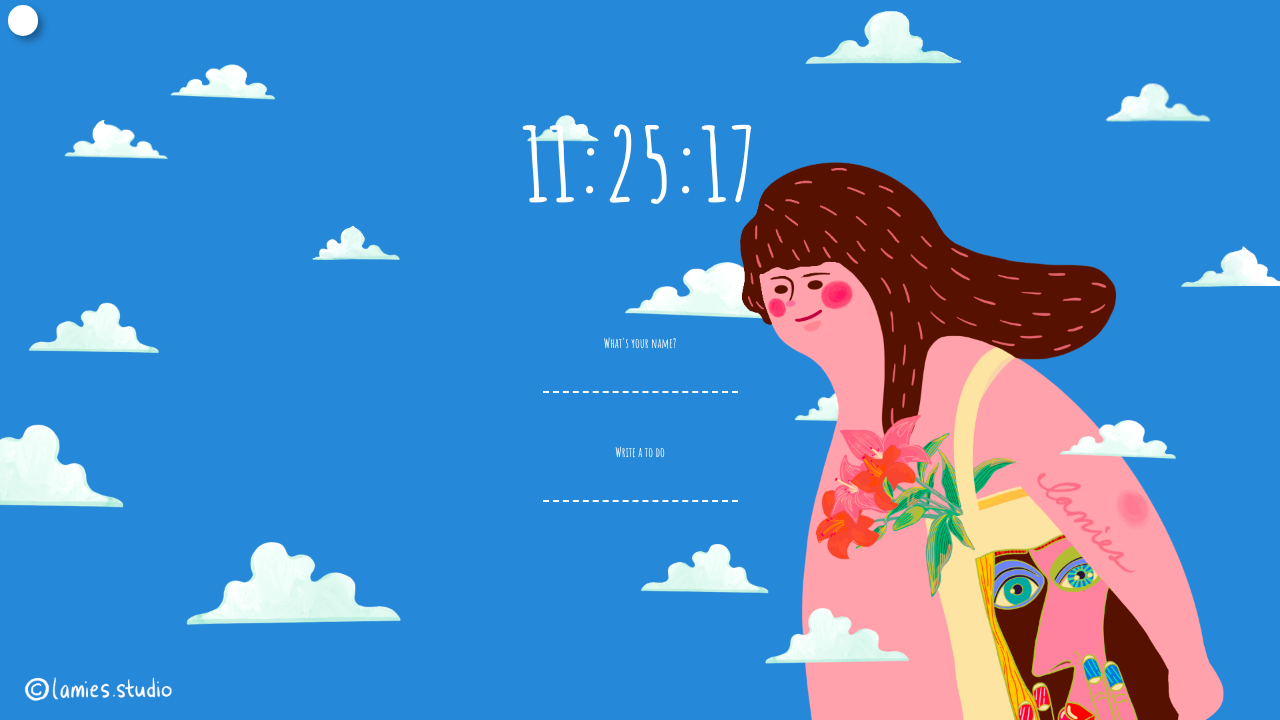
Repository: haleyjung/chrome_app
Page: index.html
These files come from the project's save history. The page is drawn as it stood at one moment and after the next save; the edit follows.
The browser window is 1280 px wide. The pictures show the whole page.

Above is the page before, as saved 2020-11-23 17:03:59.

After the next save:
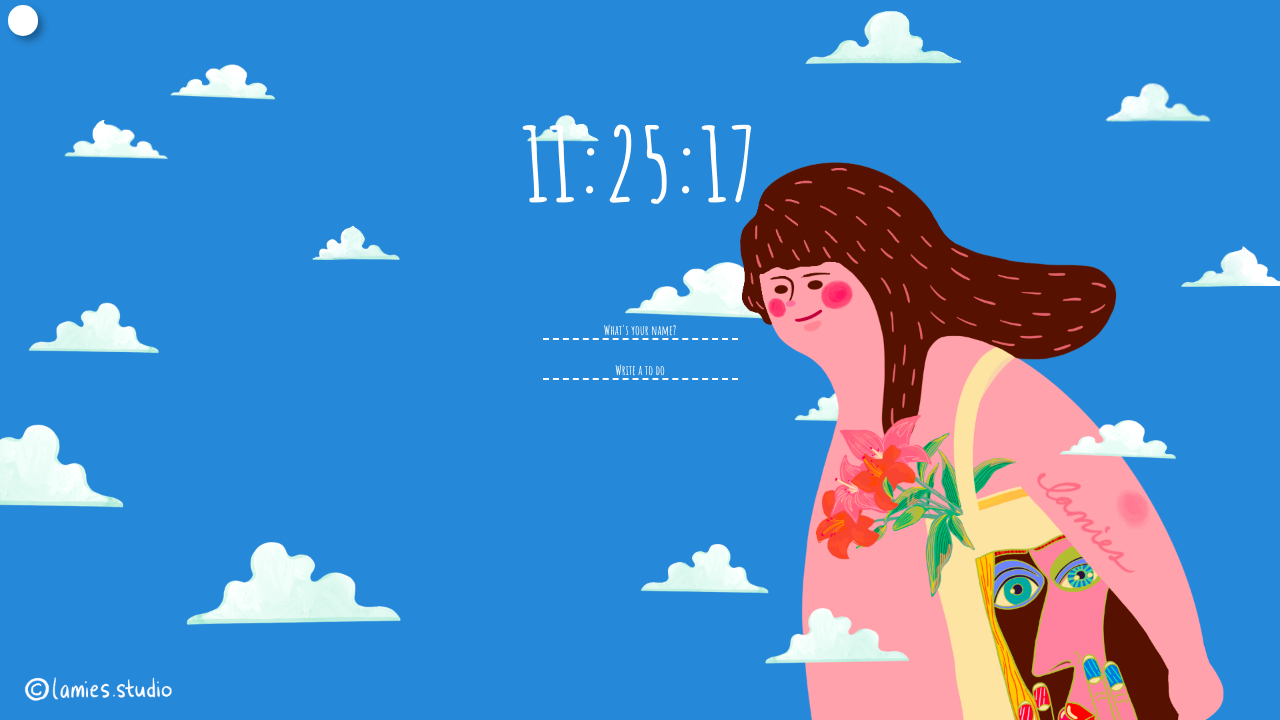
Saved 6 s later.
--- a/index.css
+++ b/index.css
@@ -67,7 +67,7 @@ input::placeholder {
 }
 
 input[type="text"] {
-  padding: 40px;
+  padding: 0px 40px;
 }
 
 .form,
